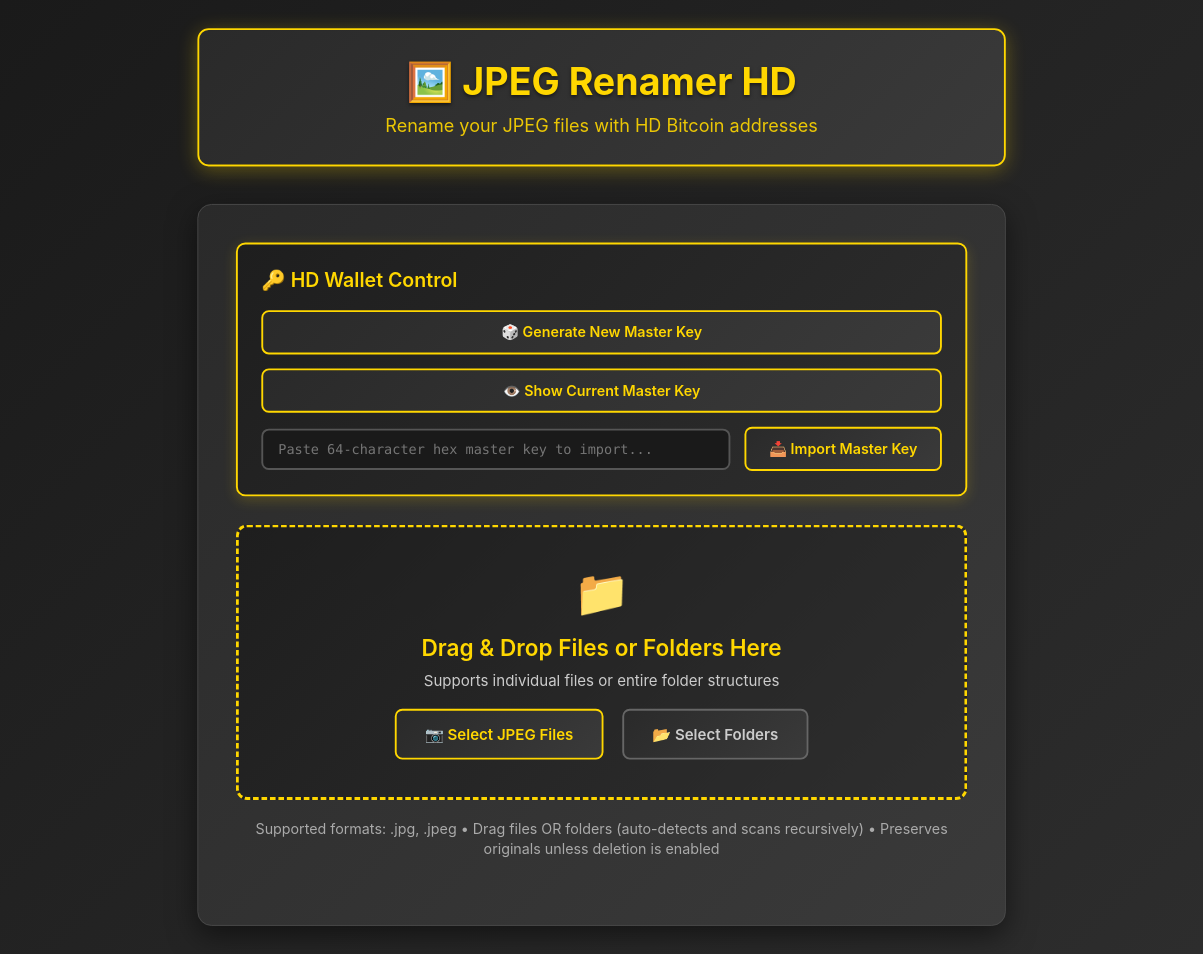
Repository: b0ase/nerd
Page: src/index.html
These files come from the project's save history. The page is drawn as it stood at one moment and after the next save; the edit follows.
The browser window is 1280 px wide. The pictures show the whole page, at 94% of full size.

Above is the page before, as saved 2025-06-03 15:43:34.

### src/index.html
<!DOCTYPE html>
<html lang="en">
<head>
    <meta charset="UTF-8">
    <meta name="viewport" content="width=device-width, initial-scale=1.0">
    <title>JPEG Renamer - HD Bitcoin Addresses</title>
    <link rel="stylesheet" href="styles.css">
</head>
<body>
    <div class="container">
        <header>
            <h1>🖼️ JPEG Renamer HD</h1>
            <p>Rename your JPEG files with HD Bitcoin addresses</p>
        </header>

        <main>
            <!-- HD Wallet Section -->
            <div class="hd-wallet-section">
                <h3>🔑 HD Wallet Control</h3>
                <div class="wallet-controls">
                    <button id="generateMasterKey" class="wallet-btn">
                        🎲 Generate New Master Key
                    </button>
                    <button id="showMasterKey" class="wallet-btn">
                        👁️ Show Current Master Key
                    </button>
                    <div class="import-section">
                        <input type="text" id="masterKeyInput" placeholder="Paste 64-character hex master key to import..." class="master-key-input">
                        <button id="importMasterKey" class="wallet-btn">
                            📥 Import Master Key
                        </button>
                    </div>
                </div>
                <div id="masterKeyDisplay" class="master-key-display"></div>
            </div>

            <!-- File/Folder Selection Section -->
            <div class="upload-section">
                <div id="dropZone" class="drop-zone">
                    <div class="drop-zone-content">
                        <div class="drop-icon">📁</div>
                        <h3>Drag & Drop Files or Folders Here</h3>
                        <p>Supports individual files or entire folder structures</p>
                        <div class="button-group">
                            <button id="selectFiles" class="primary-btn">
                                📷 Select JPEG Files
                            </button>
                            <button id="selectFolders" class="secondary-btn">
                                📂 Select Folders
                            </button>
                        </div>
                    </div>
                    <div class="drop-overlay">
                        <div class="drop-overlay-content">
                            <div class="drop-icon">⬇️</div>
                            <h3>Drop your files or folders here!</h3>
                        </div>
                    </div>
                </div>
                <p class="hint">Supported formats: .jpg, .jpeg • Drag files OR folders (auto-detects and scans recursively) • Preserves originals unless deletion is enabled</p>
            </div>

            <div id="outputSection" class="output-section" style="display: none;">
                <div class="output-folder">
                    <h4>📤 Choose Destination for Renamed Files</h4>
                    <button id="selectOutputFolder" class="secondary-btn">
                        📂 Select Output Folder
                    </button>
                    <div id="selectedFolder" class="selected-folder"></div>
                </div>

                <!-- Rebuild Mapping Option -->
                <div class="rebuild-section" id="rebuildSection" style="display: none;">
                    <button id="rebuildMapping" class="secondary-btn">
                        🔧 Rebuild Address Mapping
                    </button>
                    <p class="hint">Rebuild derivation index mapping for existing Bitcoin address files</p>
                </div>

                <!-- Folder Deletion Option -->
                <div class="danger-zone" id="dangerZone" style="display: none;">
                    <div class="danger-header">
                        <h4>⚠️ Source Folder Cleanup (Optional)</h4>
                        <p><strong>Delete original source folders</strong> after successfully copying all files to output folder</p>
                    </div>
                    <label class="checkbox-container">
                        <input type="checkbox" id="deleteSourceFolders">
                        <span class="checkmark"></span>
                        Delete original source folders after copying files (⚠️ Cannot be undone!)
                    </label>
                    <div id="foldersToDelete" class="folders-to-delete"></div>
                </div>
            </div>

            <div id="processSection" class="process-section" style="display: none;">
                <button id="processFiles" class="success-btn">
                    🔄 Copy & Rename with HD Addresses
                </button>
            </div>

            <div id="results" class="results"></div>

            <div id="fileList" class="file-list"></div>
        </main>
    </div>

    <script src="renderer.js"></script>
</body>
</html>

### src/styles.css
* {
    margin: 0;
    padding: 0;
    box-sizing: border-box;
}

body {
    font-family: -apple-system, BlinkMacSystemFont, 'Segoe UI', Roboto, sans-serif;
    background: linear-gradient(135deg, #1a1a1a 0%, #2d2d2d 100%);
    min-height: 100vh;
    color: #ffffff;
}

.container {
    max-width: 900px;
    margin: 0 auto;
    padding: 30px 20px;
}

header {
    text-align: center;
    margin-bottom: 40px;
    color: #FFD700;
    padding: 30px;
    background: linear-gradient(135deg, #2a2a2a 0%, #3a3a3a 100%);
    border-radius: 12px;
    border: 2px solid #FFD700;
    box-shadow: 0 4px 20px rgba(255, 215, 0, 0.3);
}

header h1 {
    font-size: 2.5rem;
    margin-bottom: 10px;
    font-weight: 700;
    text-shadow: 0 2px 4px rgba(0, 0, 0, 0.5);
}

header p {
    font-size: 1.2rem;
    opacity: 0.9;
    font-weight: 400;
}

main {
    background: linear-gradient(135deg, #2a2a2a 0%, #3a3a3a 100%);
    border-radius: 15px;
    padding: 40px;
    box-shadow: 0 10px 30px rgba(0, 0, 0, 0.5);
    border: 1px solid #4a4a4a;
}

/* HD Wallet Section */
.hd-wallet-section {
    margin-bottom: 30px;
    padding: 25px;
    background: linear-gradient(135deg, #1e1e1e 0%, #2e2e2e 100%);
    border-radius: 10px;
    border: 2px solid #FFD700;
    box-shadow: 0 4px 15px rgba(255, 215, 0, 0.2);
}

.hd-wallet-section h3 {
    margin-bottom: 20px;
    color: #FFD700;
    font-weight: 600;
    font-size: 1.3rem;
}

.wallet-controls {
    display: flex;
    flex-direction: column;
    gap: 15px;
}

.wallet-controls > div:first-child {
    display: flex;
    gap: 15px;
    flex-wrap: wrap;
}

.wallet-btn {
    padding: 12px 24px;
    border: 2px solid #FFD700;
    border-radius: 8px;
    font-size: 0.95rem;
    cursor: pointer;
    transition: all 0.3s ease;
    font-weight: 600;
    background: linear-gradient(135deg, #2a2a2a 0%, #3a3a3a 100%);
    color: #FFD700;
    font-family: inherit;
}

.wallet-btn:hover {
    background: linear-gradient(135deg, #FFD700 0%, #FFA500 100%);
    color: #1a1a1a;
    transform: translateY(-2px);
    box-shadow: 0 5px 15px rgba(255, 215, 0, 0.4);
}

.import-section {
    display: flex;
    gap: 15px;
    align-items: center;
    flex-wrap: wrap;
}

.master-key-input {
    flex: 1;
    min-width: 300px;
    padding: 12px 16px;
    border: 2px solid #555;
    border-radius: 8px;
    font-family: 'Monaco', 'Courier New', monospace;
    font-size: 0.9rem;
    background: #1a1a1a;
    color: #ffffff;
}

.master-key-input:focus {
    outline: none;
    border-color: #FFD700;
    box-shadow: 0 0 0 3px rgba(255, 215, 0, 0.2);
}

.master-key-display {
    margin-top: 15px;
    padding: 15px;
    border-radius: 8px;
    font-family: 'Monaco', 'Courier New', monospace;
    font-size: 0.85rem;
    word-break: break-all;
    display: none;
    line-height: 1.5;
}

.master-key-display.success {
    background: linear-gradient(135deg, #0f3a1f 0%, #1a5d32 100%);
    border: 2px solid #4CAF50;
    color: #4CAF50;
    display: block;
}

.master-key-display.warning {
    background: linear-gradient(135deg, #3a2f0f 0%, #5d4a1a 100%);
    border: 2px solid #FFD700;
    color: #FFD700;
    display: block;
}

.master-key-display.error {
    background: linear-gradient(135deg, #3a0f0f 0%, #5d1a1a 100%);
    border: 2px solid #f44336;
    color: #f44336;
    display: block;
}

.upload-section {
    text-align: center;
    margin-bottom: 30px;
}

/* Drag and Drop Zone */
.drop-zone {
    position: relative;
    border: 3px dashed #FFD700;
    border-radius: 12px;
    padding: 40px 20px;
    background: linear-gradient(135deg, #1e1e1e 0%, #2e2e2e 100%);
    transition: all 0.3s ease;
    cursor: pointer;
    margin-bottom: 20px;
}

.drop-zone:hover {
    border-color: #FFA500;
    background: linear-gradient(135deg, #2a2a2a 0%, #3a3a3a 100%);
    transform: translateY(-2px);
}

.drop-zone.drag-over {
    border-color: #FFD700;
    background: linear-gradient(135deg, #3a3a1a 0%, #4a4a2a 100%);
    border-style: solid;
    transform: scale(1.02);
}

.drop-zone-content {
    transition: opacity 0.3s ease;
}

.drop-zone.drag-over .drop-zone-content {
    opacity: 0.3;
}

.drop-overlay {
    position: absolute;
    top: 0;
    left: 0;
    right: 0;
    bottom: 0;
    display: flex;
    align-items: center;
    justify-content: center;
    opacity: 0;
    pointer-events: none;
    transition: opacity 0.3s ease;
    border-radius: 9px;
}

.drop-zone.drag-over .drop-overlay {
    opacity: 1;
}

.drop-overlay-content {
    text-align: center;
    color: #FFD700;
}

.drop-icon {
    font-size: 3rem;
    margin-bottom: 15px;
    display: block;
}

.drop-zone h3 {
    font-size: 1.5rem;
    margin-bottom: 10px;
    color: #FFD700;
    font-weight: 600;
}

.drop-zone p {
    color: #cccccc;
    margin-bottom: 20px;
    font-size: 1rem;
}

.drop-overlay-content h3 {
    color: #FFD700;
    font-size: 1.8rem;
    margin-top: 10px;
    font-weight: 600;
}

.button-group {
    display: flex;
    gap: 20px;
    justify-content: center;
    flex-wrap: wrap;
}

.primary-btn, .secondary-btn, .success-btn, .danger-btn {
    padding: 15px 30px;
    border: 2px solid;
    border-radius: 8px;
    font-size: 1rem;
    cursor: pointer;
    transition: all 0.3s ease;
    font-weight: 600;
    font-family: inherit;
}

.primary-btn {
    background: linear-gradient(135deg, #2a2a2a 0%, #3a3a3a 100%);
    color: #FFD700;
    border-color: #FFD700;
}

.primary-btn:hover {
    background: linear-gradient(135deg, #FFD700 0%, #FFA500 100%);
    color: #1a1a1a;
    transform: translateY(-2px);
    box-shadow: 0 5px 15px rgba(255, 215, 0, 0.4);
}

.secondary-btn {
    background: linear-gradient(135deg, #2a2a2a 0%, #3a3a3a 100%);
    color: #cccccc;
    border-color: #666666;
}

.secondary-btn:hover {
    background: linear-gradient(135deg, #666666 0%, #777777 100%);
    color: #ffffff;
    transform: translateY(-2px);
    box-shadow: 0 5px 15px rgba(102, 102, 102, 0.4);
}

.success-btn {
    background: linear-gradient(135deg, #2a2a2a 0%, #3a3a3a 100%);
    color: #FFD700;
    border-color: #FFD700;
    width: 100%;
    font-size: 1.2rem;
    padding: 20px;
}

.success-btn:hover {
    background: linear-gradient(135deg, #FFD700 0%, #FFA500 100%);
    color: #1a1a1a;
    transform: translateY(-2px);
    box-shadow: 0 8px 25px rgba(255, 215, 0, 0.5);
}

.success-btn:disabled {
    background: #333333;
    color: #666666;
    border-color: #444444;
    cursor: not-allowed;
    transform: none;
    box-shadow: none;
}

.danger-btn {
    background: linear-gradient(135deg, #3a1a1a 0%, #4a2a2a 100%);
    color: #ff6b6b;
    border-color: #ff6b6b;
    padding: 10px 20px;
    font-size: 0.9rem;
}

.danger-btn:hover {
    background: linear-gradient(135deg, #ff6b6b 0%, #ee5a52 100%);
    color: #ffffff;
    transform: translateY(-1px);
    box-shadow: 0 5px 15px rgba(255, 107, 107, 0.4);
}

.hint {
    margin-top: 15px;
    color: #aaaaaa;
    font-size: 0.95rem;
    line-height: 1.4;
}

.file-list {
    margin: 20px 0;
}

.file-item {
    display: flex;
    justify-content: space-between;
    align-items: flex-start;
    padding: 15px;
    margin: 10px 0;
    background: linear-gradient(135deg, #1e1e1e 0%, #2e2e2e 100%);
    border: 1px solid #4a4a4a;
    border-radius: 8px;
    min-height: 60px;
    border-left: 4px solid #FFD700;
    transition: all 0.3s ease;
}

.file-item:hover {
    border-color: #FFD700;
    box-shadow: 0 4px 15px rgba(255, 215, 0, 0.2);
}

.file-info {
    flex: 1;
    min-width: 0;
    margin-right: 15px;
}

.file-name {
    font-weight: 600;
    margin-bottom: 8px;
    word-break: break-word;
    line-height: 1.4;
    overflow-wrap: break-word;
    font-family: 'Monaco', 'Courier New', monospace;
    font-size: 0.9rem;
    color: #FFD700;
}

.file-path {
    font-size: 0.8rem;
    color: #aaaaaa;
    font-family: 'Monaco', 'Courier New', monospace;
    word-break: break-all;
    line-height: 1.3;
    max-width: 100%;
    overflow: hidden;
    text-overflow: ellipsis;
    white-space: nowrap;
}

.file-item:hover .file-path {
    white-space: normal;
    overflow: visible;
    text-overflow: unset;
    color: #cccccc;
}

.remove-btn {
    margin-left: 10px;
    flex-shrink: 0;
    align-self: flex-start;
}

/* Output Folder Section */
.output-section {
    margin: 25px 0;
    text-align: center;
    padding: 25px;
    background: linear-gradient(135deg, #1e1e1e 0%, #2e2e2e 100%);
    border: 2px solid #FFD700;
    border-radius: 12px;
    box-shadow: 0 4px 15px rgba(255, 215, 0, 0.2);
}

.output-folder {
    display: flex;
    flex-direction: column;
    align-items: center;
    gap: 15px;
    margin-bottom: 20px;
}

.output-folder h4 {
    color: #FFD700;
    font-weight: 600;
    font-size: 1.2rem;
    margin-bottom: 10px;
}

.selected-folder {
    padding: 12px 16px;
    background: linear-gradient(135deg, #0f3a1f 0%, #1a5d32 100%);
    border: 2px solid #4CAF50;
    border-radius: 8px;
    font-family: 'Monaco', 'Courier New', monospace;
    font-size: 0.9rem;
    color: #4CAF50;
    word-break: break-all;
    max-width: 100%;
    box-shadow: 0 2px 10px rgba(76, 175, 80, 0.2);
}

.selected-folder::before {
    content: '📁 ';
}

/* Rebuild Section */
.rebuild-section {
    margin: 15px 0;
    text-align: center;
    padding: 15px;
    background: linear-gradient(135deg, #3a2f0f 0%, #5d4a1a 100%);
    border: 2px solid #FFA500;
    border-radius: 8px;
    box-shadow: 0 2px 10px rgba(255, 165, 0, 0.2);
}

.rebuild-section .hint {
    margin-top: 8px;
    font-size: 0.85rem;
}

/* Danger Zone */
.danger-zone {
    margin-top: 20px;
    padding: 20px;
    background: linear-gradient(135deg, #3a0f0f 0%, #5d1a1a 100%);
    border: 2px solid #ff6b6b;
    border-radius: 8px;
    box-shadow: 0 2px 10px rgba(255, 107, 107, 0.2);
}

.danger-header h4 {
    color: #ff6b6b;
    margin-bottom: 8px;
    font-size: 1.1rem;
    font-weight: 600;
}

.danger-header p {
    color: #cccccc;
    font-size: 0.95rem;
    margin-bottom: 15px;
    line-height: 1.4;
}

.checkbox-container {
    display: flex;
    align-items: center;
    cursor: pointer;
    color: #ff6b6b;
    font-weight: 600;
    font-size: 0.95rem;
}

.checkbox-container input {
    margin-right: 12px;
    transform: scale(1.2);
    accent-color: #ff6b6b;
}

.folders-to-delete {
    margin-top: 15px;
    padding: 12px;
    background: linear-gradient(135deg, #4a2a2a 0%, #3a1a1a 100%);
    border: 1px solid #ff6b6b;
    border-radius: 6px;
    font-size: 0.85rem;
    color: #ff6b6b;
    font-family: 'Monaco', 'Courier New', monospace;
    display: none;
    line-height: 1.4;
}

.folders-to-delete.show {
    display: block;
}

.danger-warning {
    background: linear-gradient(135deg, #4a2a2a 0%, #3a1a1a 100%);
    border: 1px solid #ff6b6b;
    border-radius: 6px;
    padding: 10px;
    margin-bottom: 10px;
    font-weight: 600;
}

.folder-list {
    background: rgba(0,0,0,0.3);
    border: 1px solid #ff6b6b;
    border-radius: 4px;
    padding: 8px;
    font-family: 'Monaco', 'Courier New', monospace;
    font-size: 0.85rem;
    line-height: 1.4;
}

.process-section {
    margin: 25px 0;
    text-align: center;
}

.results {
    margin-top: 25px;
}

.result-item {
    padding: 15px;
    margin: 10px 0;
    border: 2px solid;
    border-radius: 8px;
    display: flex;
    justify-content: space-between;
    align-items: flex-start;
    font-family: inherit;
}

.result-success {
    background: linear-gradient(135deg, #0f3a1f 0%, #1a5d32 100%);
    border-color: #4CAF50;
    color: #4CAF50;
    box-shadow: 0 2px 10px rgba(76, 175, 80, 0.2);
}

.result-error {
    background: linear-gradient(135deg, #3a0f0f 0%, #5d1a1a 100%);
    border-color: #ff6b6b;
    color: #ff6b6b;
    box-shadow: 0 2px 10px rgba(255, 107, 107, 0.2);
}

.result-info {
    flex: 1;
}

.result-title {
    font-weight: 600;
    margin-bottom: 8px;
    font-size: 1rem;
}

.result-details {
    font-size: 0.9rem;
    opacity: 0.9;
    font-family: 'Monaco', 'Courier New', monospace;
    word-break: break-word;
    line-height: 1.4;
}

.bitcoin-address {
    background: linear-gradient(135deg, #0f1f3a 0%, #1a3a5d 100%);
    padding: 8px 12px;
    border: 1px solid #2196F3;
    border-radius: 6px;
    font-family: 'Monaco', 'Courier New', monospace;
    font-size: 0.85rem;
    margin-top: 8px;
    word-break: break-all;
    line-height: 1.3;
    color: #2196F3;
    font-weight: 600;
    box-shadow: 0 2px 8px rgba(33, 150, 243, 0.2);
}

.derivation-info {
    background: linear-gradient(135deg, #2f0f3a 0%, #4a1a5d 100%);
    padding: 6px 10px;
    border: 1px solid #9C27B0;
    border-radius: 6px;
    font-family: 'Monaco', 'Courier New', monospace;
    font-size: 0.8rem;
    margin-top: 6px;
    color: #9C27B0;
    font-weight: 600;
    box-shadow: 0 2px 8px rgba(156, 39, 176, 0.2);
}

.loading {
    text-align: center;
    padding: 20px;
    color: #FFD700;
    font-weight: 600;
    font-size: 1rem;
}

.loading::after {
    content: '';
    display: inline-block;
    width: 20px;
    height: 20px;
    border: 3px solid #FFD700;
    border-radius: 50%;
    border-top-color: transparent;
    animation: spin 1s linear infinite;
    margin-left: 15px;
}

@keyframes spin {
    to {
        transform: rotate(360deg);
    }
}

.empty-state {
    text-align: center;
    color: #aaaaaa;
    font-style: italic;
    padding: 40px;
    font-size: 1rem;
}

/* File counter */
.file-counter {
    margin-top: 15px;
    padding: 12px 16px;
    background: linear-gradient(135deg, #0f1f3a 0%, #1a3a5d 100%);
    border: 2px solid #2196F3;
    border-radius: 8px;
    color: #2196F3;
    font-weight: 600;
    text-align: center;
    font-size: 0.95rem;
    line-height: 1.4;
    box-shadow: 0 2px 10px rgba(33, 150, 243, 0.2);
}

/* Folder Selection Display */
.folder-selection {
    background: linear-gradient(135deg, #0f3a1f 0%, #1a5d32 100%);
    border: 2px solid #4CAF50;
    border-radius: 8px;
    padding: 12px;
    margin-top: 10px;
    box-shadow: 0 2px 10px rgba(76, 175, 80, 0.2);
}

.folder-path {
    font-family: 'Monaco', 'Courier New', monospace;
    background: rgba(0,0,0,0.3);
    padding: 6px 8px;
    border-radius: 4px;
    display: inline-block;
    margin: 4px 0;
    word-break: break-all;
    border: 1px solid #4CAF50;
    font-size: 0.85rem;
}

/* Master Key Found Display */
.master-key-found {
    background: linear-gradient(135deg, #0f1f3a 0%, #1a3a5d 100%);
    border: 2px solid #2196F3;
    border-radius: 8px;
    padding: 12px;
    margin-top: 10px;
    box-shadow: 0 2px 10px rgba(33, 150, 243, 0.3);
    animation: pulse-blue 2s ease-in-out;
}

@keyframes pulse-blue {
    0% { box-shadow: 0 2px 10px rgba(33, 150, 243, 0.3); }
    50% { box-shadow: 0 4px 20px rgba(33, 150, 243, 0.5); }
    100% { box-shadow: 0 2px 10px rgba(33, 150, 243, 0.3); }
}

/* Responsive design */
@media (max-width: 768px) {
    .container {
        padding: 20px 10px;
    }

    header {
        padding: 20px;
    }

    header h1 {
        font-size: 2rem;
    }

    main {
        padding: 25px;
    }

    .button-group {
        flex-direction: column;
        gap: 15px;
    }

    .import-section {
        flex-direction: column;
        gap: 10px;
    }

    .master-key-input {
        min-width: 100%;
    }

    .file-name {
        font-size: 0.8rem;
    }

    .file-path {
        font-size: 0.75rem;
    }

    .bitcoin-address {
        font-size: 0.75rem;
        padding: 6px 8px;
    }

    .derivation-info {
        font-size: 0.7rem;
    }

    .file-item {
        padding: 12px;
        flex-direction: column;
        align-items: stretch;
    }

    .remove-btn {
        margin-left: 0;
        margin-top: 10px;
        align-self: flex-end;
    }

    .success-btn {
        font-size: 1rem;
        padding: 15px;
    }
}

Loaded but not shown: src/renderer.js (649 lines, source omitted)

After the next save:
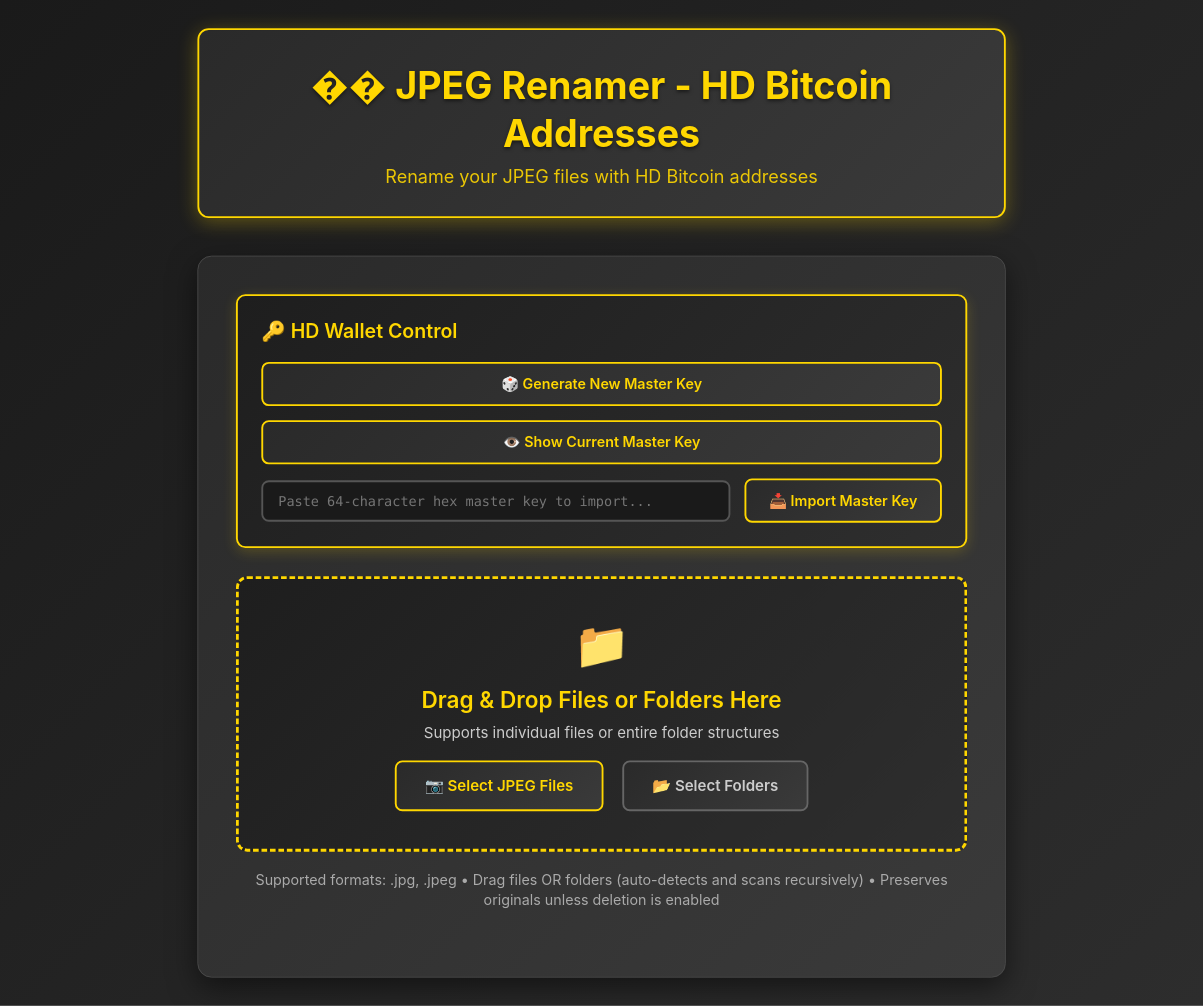
Saved 7 s later.
--- a/src/index.html
+++ b/src/index.html
@@ -3,13 +3,14 @@
 <head>
     <meta charset="UTF-8">
     <meta name="viewport" content="width=device-width, initial-scale=1.0">
-    <title>JPEG Renamer - HD Bitcoin Addresses</title>
+    <title>BitCDN CMS API</title>
+    <meta name="description" content="BitCDN CMS API - Revolutionary Bitcoin-based Content Delivery Network with integrated Content Management System">
     <link rel="stylesheet" href="styles.css">
 </head>
 <body>
     <div class="container">
         <header>
-            <h1>🖼️ JPEG Renamer HD</h1>
+            <h1>��️ JPEG Renamer - HD Bitcoin Addresses</h1>
             <p>Rename your JPEG files with HD Bitcoin addresses</p>
         </header>
 
